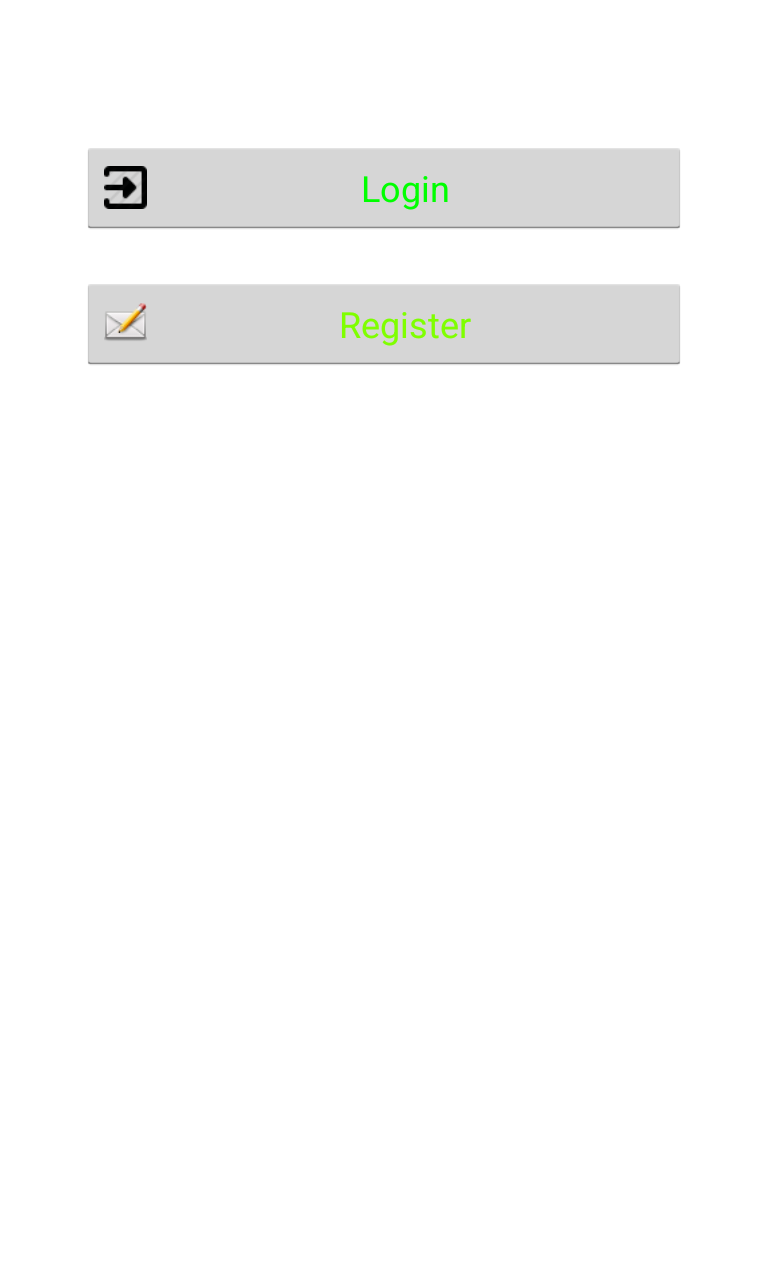
Repository: njiiriJohnii/Android-projects
Layout: Expensetracker/res/layout/activity_main.xml
An editor plug-in stored every save of this project. The layout is shown before and after the next save, followed by the edit.
It is drawn on a 768 x 1280 px phone screen (xhdpi) without system bars, with theme AppTheme; the app's code is not run.

Above is the layout before, as saved 2014-06-23 17:49:58.

### Expensetracker/res/layout/activity_main.xml
<LinearLayout xmlns:android="http://schemas.android.com/apk/res/android"
    android:layout_width="fill_parent"
    android:layout_height="fill_parent"
    android:orientation="vertical" >


      <Button
        android:layout_width="fill_parent"
        android:layout_height="wrap_content"
        android:layout_marginLeft="40dp"
        android:layout_marginRight="40dp"
        android:layout_marginTop="70dp"
        android:drawableLeft="@drawable/lgn"
        android:gravity="center"
        android:height="15dp"
        android:text="Login"
        android:textColor="#00FF00"
        android:onClick="log"/>

      <Button
        android:layout_width="fill_parent"
        android:layout_height="wrap_content"
        android:layout_marginLeft="40dp"
        android:layout_marginRight="40dp"
        android:layout_marginTop="20dp"
        android:drawableLeft="@drawable/sighnup"
        android:height="15dp"
        android:gravity="center"
        android:text="Register"
        android:onClick="reg"
        android:textColor="#7FFF00" />

</LinearLayout>

Loaded but not shown: Expensetracker/res/values/styles.xml (common file); Expensetracker/res/values-v11/styles.xml (common file); Expensetracker/res/values-v14/styles.xml (common file)

After the next save:
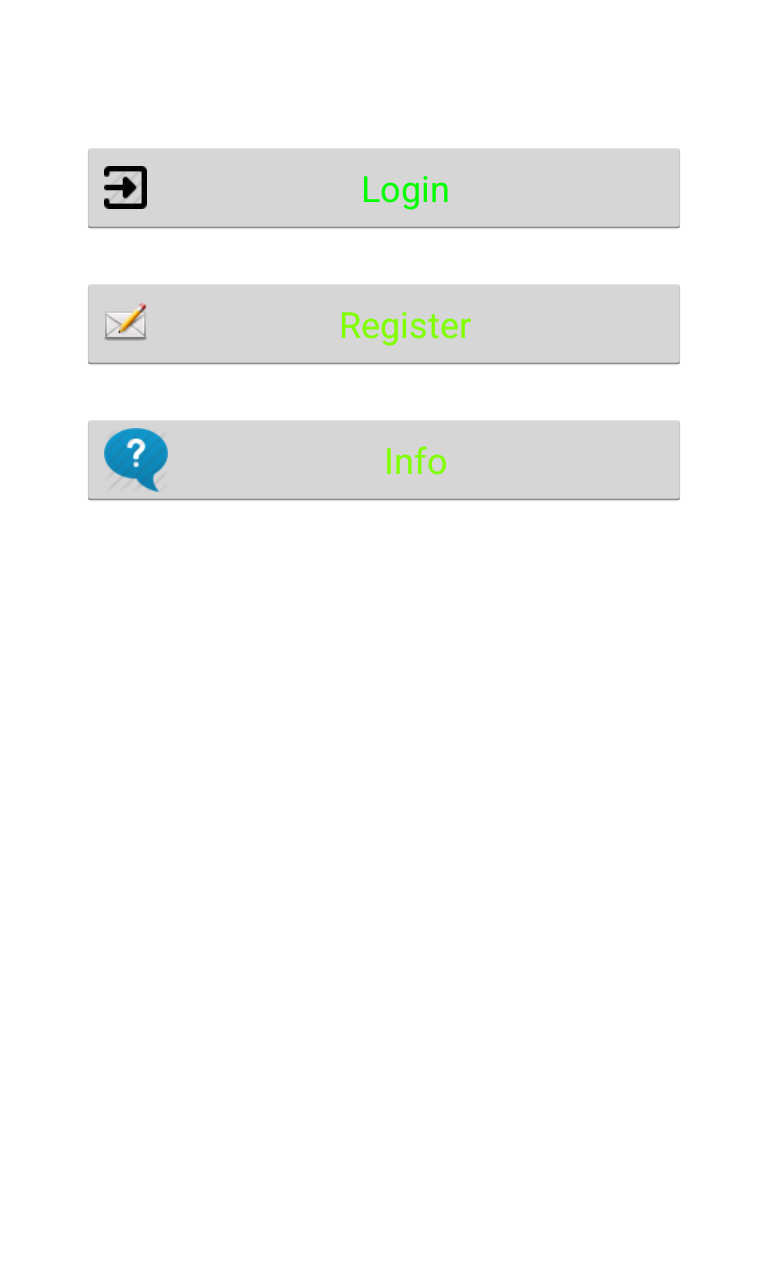
Saved 12 h 39 min later.
--- a/Expensetracker/res/layout/activity_main.xml
+++ b/Expensetracker/res/layout/activity_main.xml
@@ -30,4 +30,17 @@
         android:onClick="reg"
         android:textColor="#7FFF00" />
 
+      <Button
+        android:layout_width="fill_parent"
+        android:layout_height="wrap_content"
+        android:layout_marginLeft="40dp"
+        android:layout_marginRight="40dp"
+        android:layout_marginTop="20dp"
+        android:drawableLeft="@drawable/info"
+        android:height="15dp"
+        android:gravity="center"
+        android:text="Info"
+        android:onClick="reg"
+        android:textColor="#7FFF00" />
+
 </LinearLayout>
